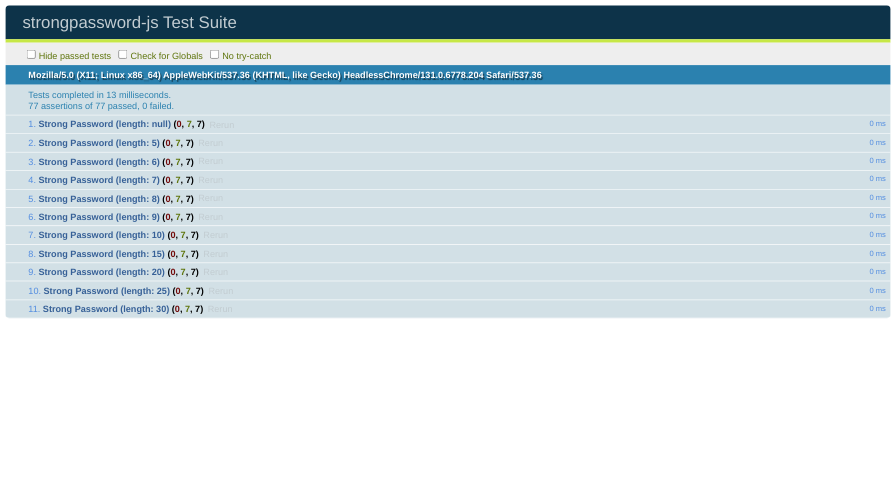
Repository: jongha/strongpassword-js
Page: test/strongpassword.html
The author's editor kept a record of every edit. The page is drawn from the files as they stood at one moment, then again after the next edit.
The browser window is 1280 px wide. The pictures show the part of the page from y = 0 to 1920 px (the page is 720 px tall before and 4068 px after), at 70% of full size.

Above is the page before.

### test/strongpassword.html
<!DOCTYPE html>
<html>
<head>
  <meta charset="utf-8">
  <title>strongpassword-js Test Suite</title>
  <script src="../libs/js/jquery-1.10.2.min.js"></script>
  <!-- Load local QUnit (grunt requires v1.0.0 or newer). -->
  <link rel="stylesheet" href="../libs/css/qunit-1.12.0.css" media="screen">
  <script src="../libs/js/qunit-1.12.0.js"></script>
  <!-- Load local lib and tests. -->
  <script src="../src/strongpassword.js"></script>
  <script src="strongpassword.test.js"></script>
  <!-- Removing access to jQuery and $. But it'll still be available as _$, if
       you REALLY want to mess around with jQuery in the console. REMEMBER WE
       ARE TESTING YOUR PLUGIN HERE -->
  <script>window._$ = jQuery.noConflict(true);</script>
</head>
<body>
  <h1 id="qunit-header">strongpassword-js Test Suite</h1>
  <h2 id="qunit-banner"></h2>
  <div id="qunit-testrunner-toolbar"></div>
  <h2 id="qunit-userAgent"></h2>
  <ol id="qunit-tests"></ol>
  <div id="qunit-fixture"></div>
</body>
</html>

### src/strongpassword.js
var strongpassword = {
    VALIDATIONS: [
        "abcdefghijklmnopqrstuvwxyz", // lower chars
        "ABCDEFGHIJKLMNOPQRSTUVWXYZ", // upper chars
        "0123456789", // number
        "`!?$?%^&*()_-+={[}]:;@'~#|\\<>.?/];" //special chars
    ],

    // generate strong password
    // size: generated password size
    get: function(size) {
        size = size || 15;

        var MAX_SEED = 100;
        var i, result = [], visit = [], map = this.VALIDATIONS.slice(0);

        while(size-- > 0) {
            if(visit.length === 0) {
                visit = [];
                for(i=0; i<map.length; ++i) {
                    visit.push(i);
                }
            }

            var idx = parseInt(Math.random() * MAX_SEED) % visit.length;
            var map_index = visit[idx];
            var code = map[map_index][parseInt(Math.random() * MAX_SEED) % map[map_index].length];

            result.push(code);

            map[map_index] = map[map_index].replace(code, "");
            visit = visit.slice(0, idx).concat(visit.slice(idx + 1, visit.length));
        }
        return result.join("");
    },

    // get strong point
    // 0: week
    // VALIDATIONS.length: strong
    // customlist: Custom validation list.
    point: function(password, customlist) {
        var i, j, k, points = [], vlist = customlist || this.VALIDATIONS;

        for(i=0; i<this.VALIDATIONS.length; ++i) {
            points.push(false);

            for(j=0; j<this.VALIDATIONS[i].length; ++j) {

                for(k=0; k<password.length; ++k) {
                    if(points[i]) { break; }
                    points[i] = (this.VALIDATIONS[i][j] === password[k]);
                }
            }
        }

        var sum = 0;
        for(i=0; i<this.VALIDATIONS.length; ++i) {
            sum += points[i] ? 1 : 0;
        }

        return sum;
    },

    // validate password is strong
    // password: password for valication
    // threshold: min-length for strong password (default: 10)
    isstrong: function(password, threshold) {
        threshold = threshold || 15;
        if(password.length >= threshold) {
            return this.point(password, threshold) === this.VALIDATIONS.length;
        }

        return false;
    }
};

### test/strongpassword.test.js
(function() {

    var length = [null, 5, 6, 7, 8, 9, 10, 15, 20, 25, 30];
    var testcase = function(size) {
        test("Strong Password (length: " + size + ")", function() {
            size = size || 15;

            var password1 = strongpassword.get(size);
            var password2 = strongpassword.get(size);

            equal(password1.length, size, "Default length " + size + " check");
            equal(password2.length, size, "Default length " + size + " check");
            notEqual(password1, password2, "Previous passwords check");

            equal(strongpassword.isstrong(password1, size), true, "Password validation check");
            equal(strongpassword.isstrong(password2, size), true, "Password validation check");

            var l = strongpassword.VALIDATIONS.length;
            equal(strongpassword.point(password1), l, "Password validation point check");
            equal(strongpassword.point(password2), l, "Password validation point check");
        });
    };

    for(var l in length) {
        testcase(length[l]);
    }

}(jQuery));

Loaded but not shown: libs/js/jquery-1.10.2.min.js (library); libs/css/qunit-1.12.0.css (library); libs/js/qunit-1.12.0.js (library)

After the next edit:
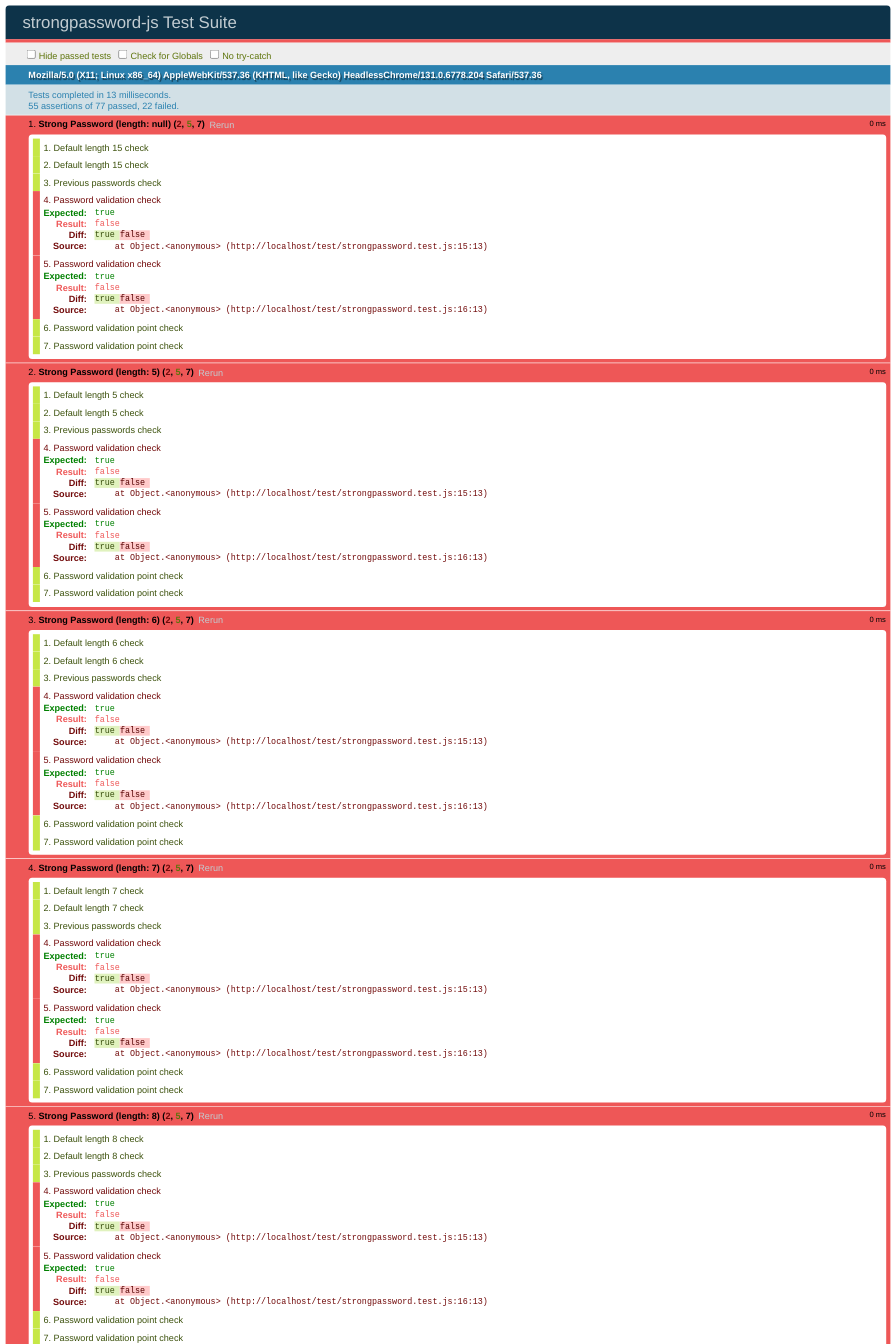
The edit:
--- a/src/strongpassword.js
+++ b/src/strongpassword.js
@@ -41,7 +41,7 @@
     point: function(password, customlist) {
         var i, j, k, points = [], vlist = customlist || this.VALIDATIONS;
 
-        for(i=0; i<this.VALIDATIONS.length; ++i) {
+        for(i=0; i<vlist.length; ++i) {
             points.push(false);
 
             for(j=0; j<this.VALIDATIONS[i].length; ++j) {

After the 4 edits that followed:
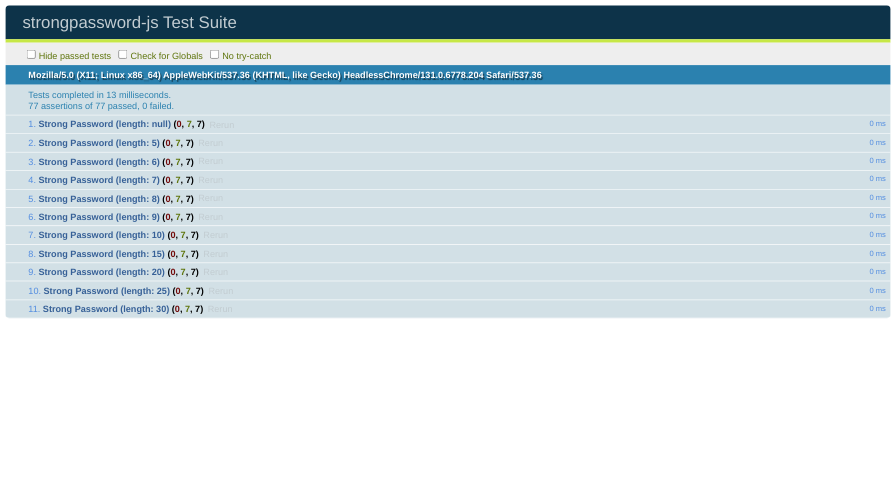
The 4 edits are shown as one change because 3 left the picture as it was.
The edit:
--- a/src/strongpassword.js
+++ b/src/strongpassword.js
@@ -44,17 +44,17 @@
         for(i=0; i<vlist.length; ++i) {
             points.push(false);
 
-            for(j=0; j<this.VALIDATIONS[i].length; ++j) {
+            for(j=0; j<vlist[i].length; ++j) {
 
                 for(k=0; k<password.length; ++k) {
                     if(points[i]) { break; }
-                    points[i] = (this.VALIDATIONS[i][j] === password[k]);
+                    points[i] = (vlist[i][j] === password[k]);
                 }
             }
         }
 
         var sum = 0;
-        for(i=0; i<this.VALIDATIONS.length; ++i) {
+        for(i=0; i<vlist.length; ++i) {
             sum += points[i] ? 1 : 0;
         }
 
@@ -67,7 +67,7 @@
     isstrong: function(password, threshold) {
         threshold = threshold || 15;
         if(password.length >= threshold) {
-            return this.point(password, threshold) === this.VALIDATIONS.length;
+            return this.point(password) === this.VALIDATIONS.length;
         }
 
         return false;
